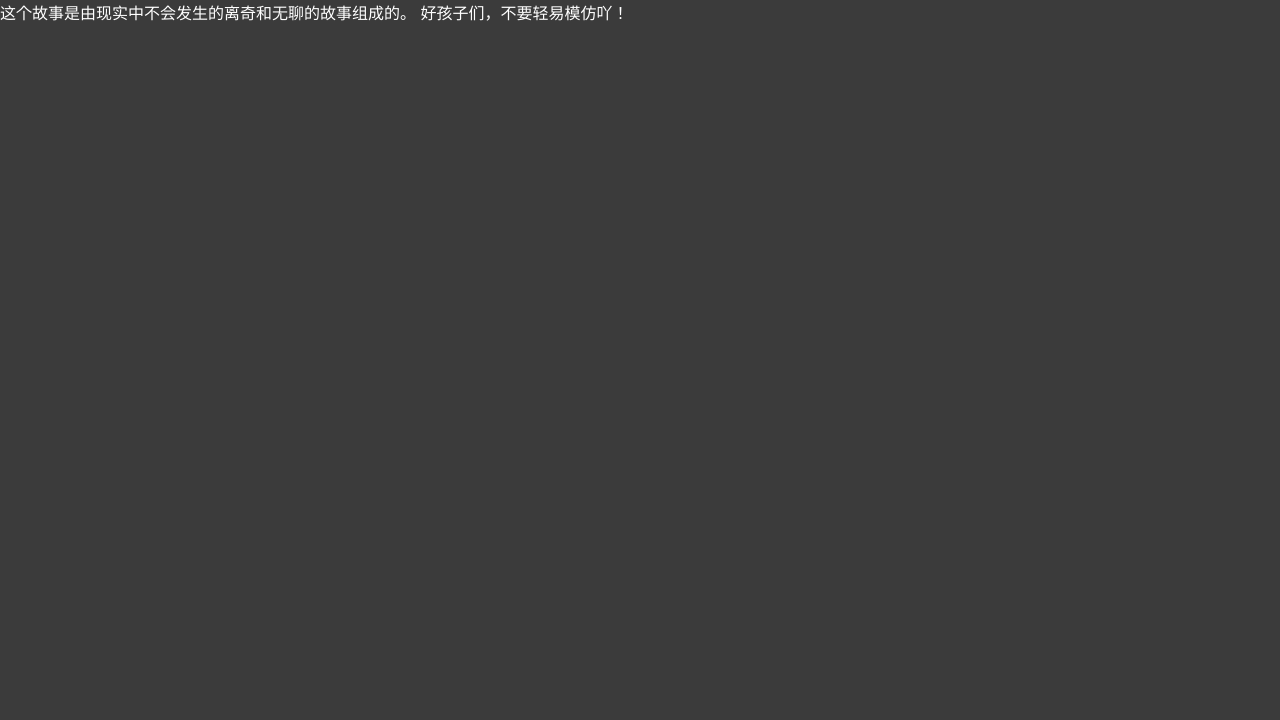
Repository: Jofali/reasoning-genius
Page: /
These files come from the project's save history. The page is drawn as it stood at one moment and after the next save; the edit follows.
The browser window is 1280 px wide. The pictures show the whole page.
The project was rebuilt for these pictures with package versions that can differ from the ones it lists, and the page was loaded fresh each time. Also part of the build but not shown: src/part1/part1.css, src/part1/part1.js, src/part2/part2.css, src/part2/part2.js, src/title/title.css, src/title/title.js, src/inventory/inventory.css, src/inventory/inventory.js.

Above is the page before, as saved 2019-05-22 17:24:28.

After the next save:
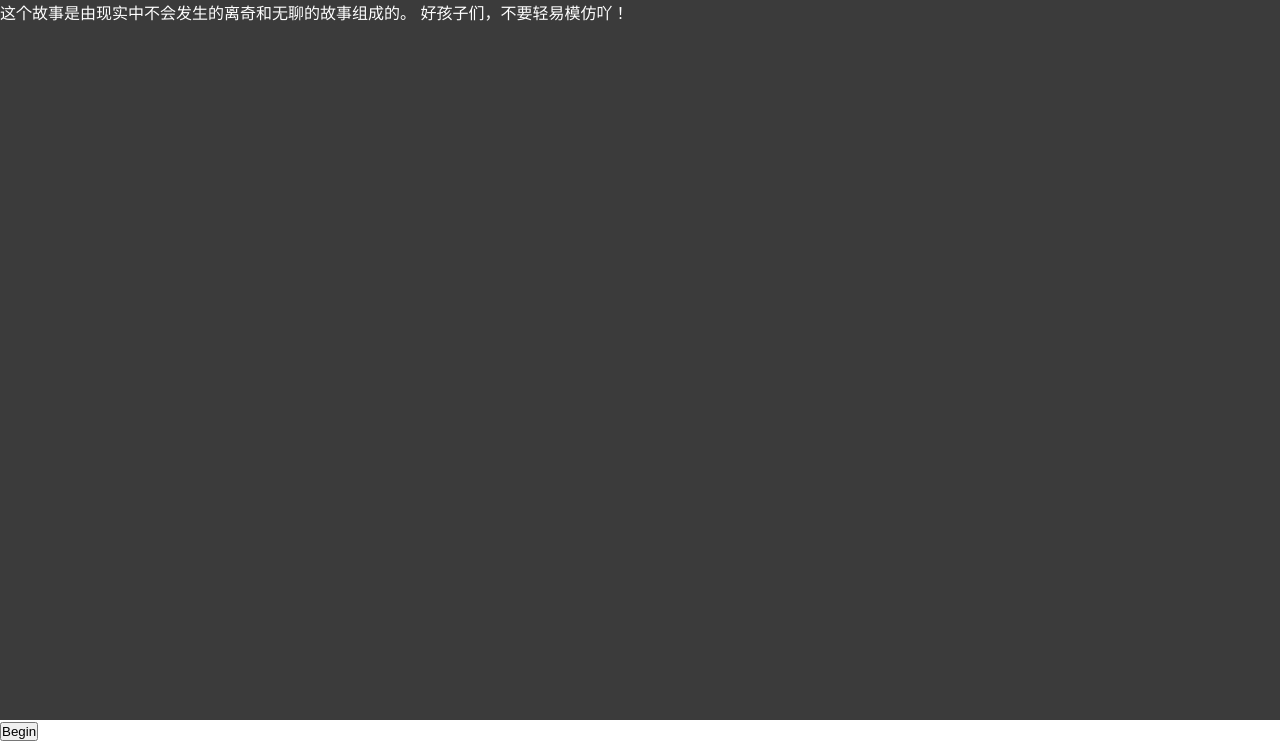
Saved 33 s later.
--- a/src/App.js
+++ b/src/App.js
@@ -74,6 +74,7 @@ class App extends Component {
             >
               { this.state.content }
           </CSSTransition>
+          <button>Begin</button>
         </div>
     );
   }
